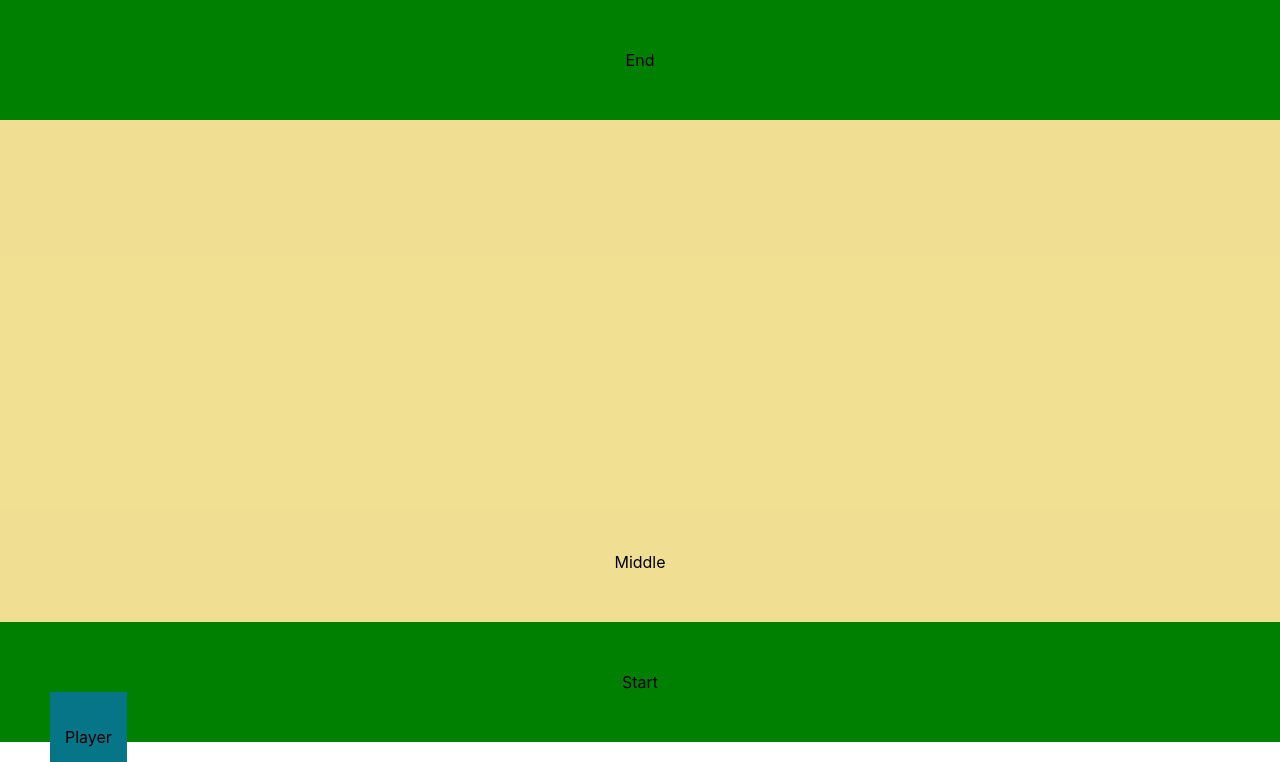
Repository: DerickT02/red-light-green-light
Page: /
These files come from the project's save history. The page is drawn as it stood at one moment and after the next save; the edit follows.
The browser window is 1280 px wide. The pictures show the whole page.
The project was rebuilt for these pictures with package versions that can differ from the ones it lists, and the page was loaded fresh each time.

Above is the page before, as saved 2021-11-15 07:09:28.

After the next save:
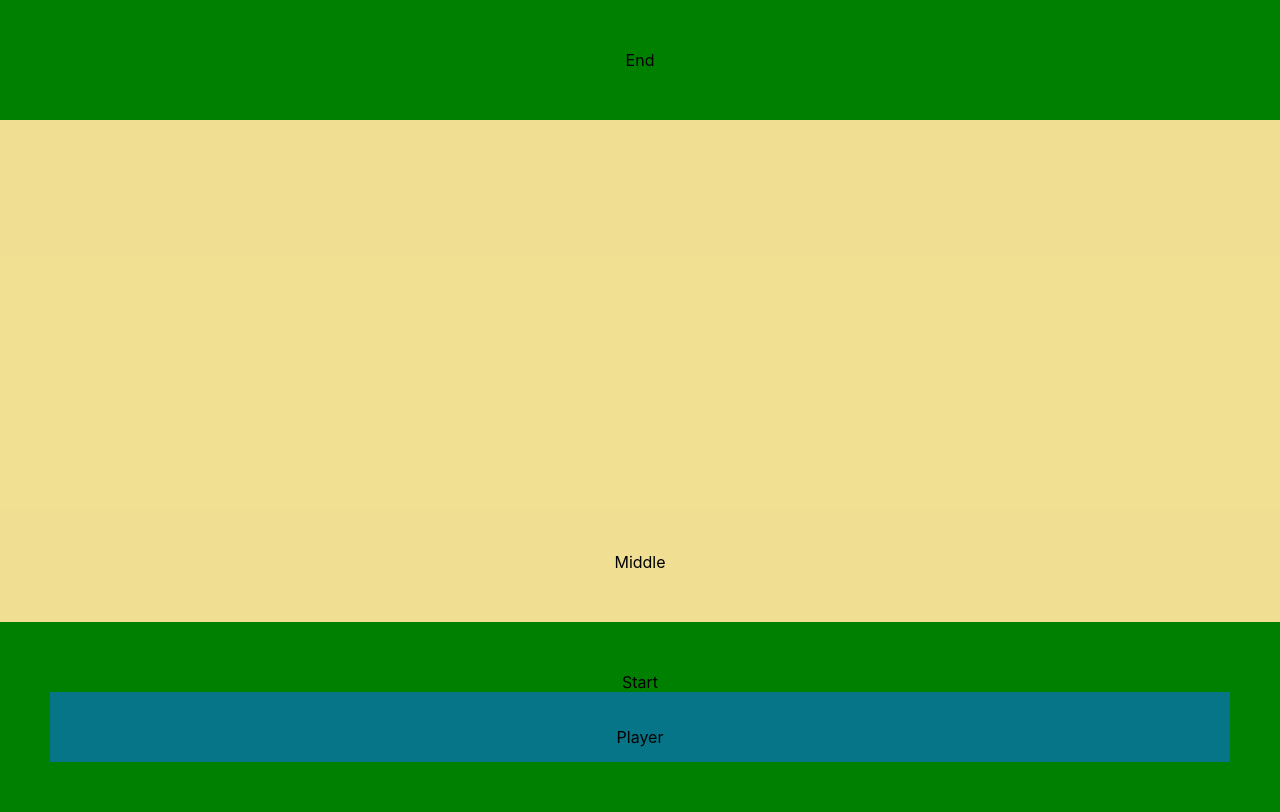
Saved 12 s later.
--- a/src/Player.css
+++ b/src/Player.css
@@ -1,5 +1,5 @@
 .Player {
-  position: absolute;
+  position: relative;
   padding-left: 15px;
   padding-top: 35px;
   padding-bottom: 15px;

After the 2 saves that followed:
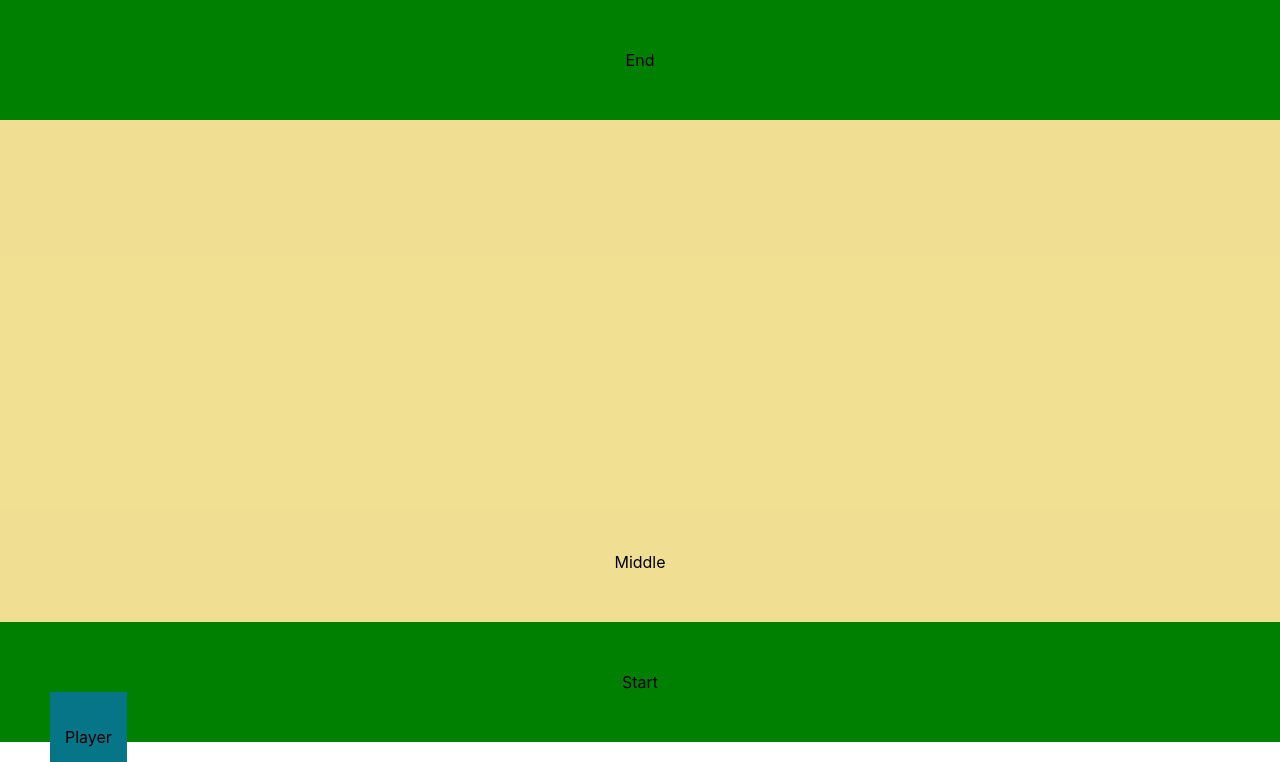
The 2 saves are shown as one change because 1 left the picture as it was.
The last was saved 2 min 14 s later.
--- a/src/Field.css
+++ b/src/Field.css
@@ -17,6 +17,7 @@
 }
 
 .Field .Start{
+    text-align: center;
     padding: 50px;
     background-color: green;
 
--- a/src/Player.css
+++ b/src/Player.css
@@ -1,5 +1,5 @@
 .Player {
-  position: relative;
+  position: absolute;
   padding-left: 15px;
   padding-top: 35px;
   padding-bottom: 15px;
